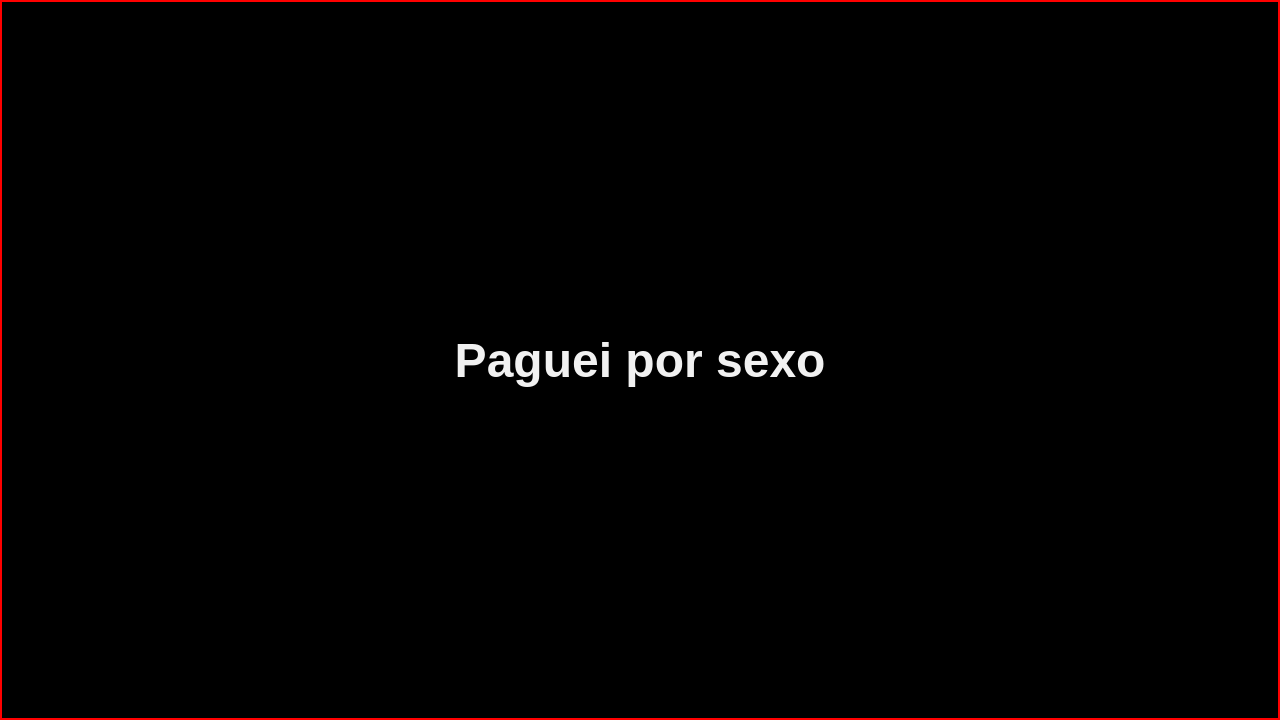
Repository: odiloalmeida/inever
Page: index.html
The author's editor kept a copy of each file at every save. The page is drawn from the files as they stood at one save, then again after the next save.
The browser window is 1280 px wide. The pictures show the whole page.
After loading, the first visible `#myButton` was clicked once.

Above is the page before, as saved 2023-01-31 21:20:51.

### index.html
<!DOCTYPE html>
<html lang="en">
<head>
    <meta charset="UTF-8">
    <meta http-equiv="X-UA-Compatible" content="IE=edge">
    <meta name="viewport" content="width=device-width, initial-scale=1.0">
    <link rel="icon" type="image/svg+xml" href="https://cdn-icons-png.flaticon.com/512/5181/5181956.png" />
    <link rel="stylesheet" href="./style.css">
    <title>18+ I Never</title>

</head>

<body>
    <button id="myButton" onclick="changeButtonName()">
        <span>EU NUNCA</span>
        <br>
        <span3>&#128293</span3>
        <span2>+18</span2>
        <span3>&#128293</span3>
    </button>
</body>

<script>

    function changeButtonName() {
        var button = document.getElementById("myButton");

        var names = ["Beijei alguém dessa turma",
        "Senti atração por alguém dessa turma",
        "Tomei banho pelado na praia/piscina",
        "Fiquei com um professor",
        "Fiquei com um amigo e me arrependi",
        "Fiquei com um amigo e não disse pra ninguém",
        "Menti sobre ter ficado com uma pessoa",
        "Bebi tanto que beijei alguém que não queria",
        "Bebi tanto que esqueci tudo no outro dia",
        "Vi um nudes de alguém dessa turma",
        "Desejei o namorado(a) de um amigo",
        "Fiquei com alguém por interesse",
        "Acelerei o ato sexual por que o oral estava ruim",
        "Bebi pra ter coragem de chegar numa pessoa",
        "Transei na escola ou faculdade",
        "Transei no chão",
        "Fiz sexo oral enquanto a pessoa trabalhava",
        "Fiz sexo oral enquanto a pessoa dirigia",
        "Usei fantasias sexuais",
        "Usei plug anal",
        "Usei um vibrador",
        "Fiquei com alguém depois neguei pra todo mundo",
        "Disse pra uma pessoa que a amava sem amar",
        "Transei no carro",
        "Broxei no meio do ato sexual",
        "Desisti de ficar com uma pessoa por que ela estava fedendo",
        "Fui chupar e estava fedendo muito e desisti",
        "Me masturbei depois do ato sexual por que não conseguir “chegar lá” com o parceiro",
        "Fiquei com dois amigos ao mesmo tempo sem eles saberem",
        "Parei o ato sexual para ir fazer xixi",
        "Fiz a chuca",
        "Transei na rua",
        "Paguei por sexo",
        "Fiz sexo por dinheiro",
        "Dei um beijo triplo",
        "Voltaria com um ex",
        "Fiquei com uma pessoa em um lugar e logo em seguida fui para outro lugar ficar com outra (trocar palavras)",
        "Tirei fotos pelado(a)",
        "Fiquei com alguém para fazer ciúme a outro",
        "Sofri por amor",
        "Sofri por ficante",
        "Espiei alguém tomando banho",
        "Tomei banho com alguém",
        "Enfiei o dedo no orifício de alguém (kkkk)",
        "Eu nunca fiquei com um amigo do meu amigo eme arrependi",
        "Eu nunca tive uma DST"

        ];

        var randomName = names[Math.floor(Math.random() * names.length)];
        button.innerHTML = randomName;
    }

</script>

</html>

### style.css
* {
    padding: 0;
    margin: 0;
    box-sizing: border-box;
}

body {
    width: 100vw;
    height: 100vh;
    background-color: #000;
    display: flex;
    flex-direction: column;
    align-items: center;
    justify-content: center;
}

button {
    background-color: transparent;
    height: 100vh;
    width: 100vw;
    border: red 2px solid;
    font-weight: bold;
    font-size: 3rem;
    padding: 5px;
    color: #f1f1f1;
}

button span {
    background-image: linear-gradient(to bottom,#800000,#8B0000, red, yellow);
    background-clip: text;
    -webkit-background-clip: text;
    -webkit-text-fill-color: transparent;
    color: black;
    font-size: 3.3rem;
    font-weight: 900;
}

button span2 {
    color: #fff;
    font-size: 5rem;
}

After the next save:
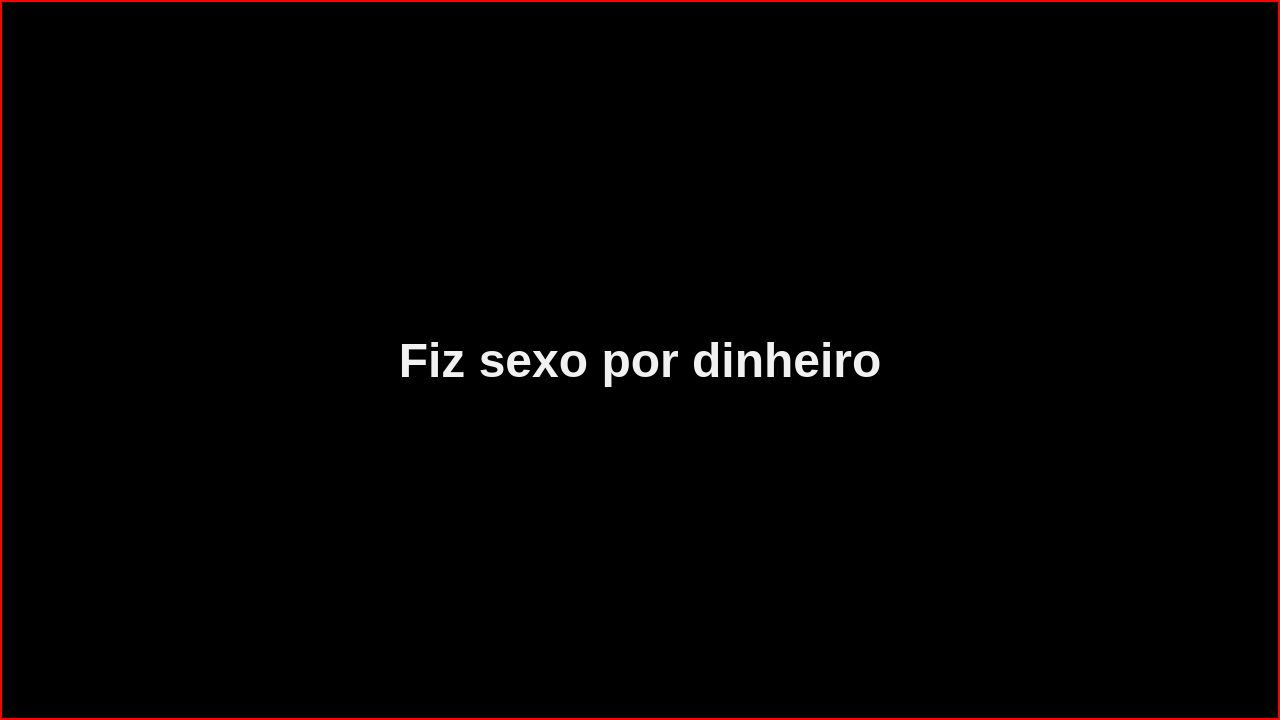
Saved 42 s later.
--- a/index.html
+++ b/index.html
@@ -70,7 +70,9 @@
         "Tomei banho com alguém",
         "Enfiei o dedo no orifício de alguém (kkkk)",
         "Eu nunca fiquei com um amigo do meu amigo eme arrependi",
-        "Eu nunca tive uma DST"
+        "Eu nunca tive uma DST",
+        "Eu já desejei a mãe de um amigo",
+        "Eu já desejei o pai de um amigo"
 
         ];
 
